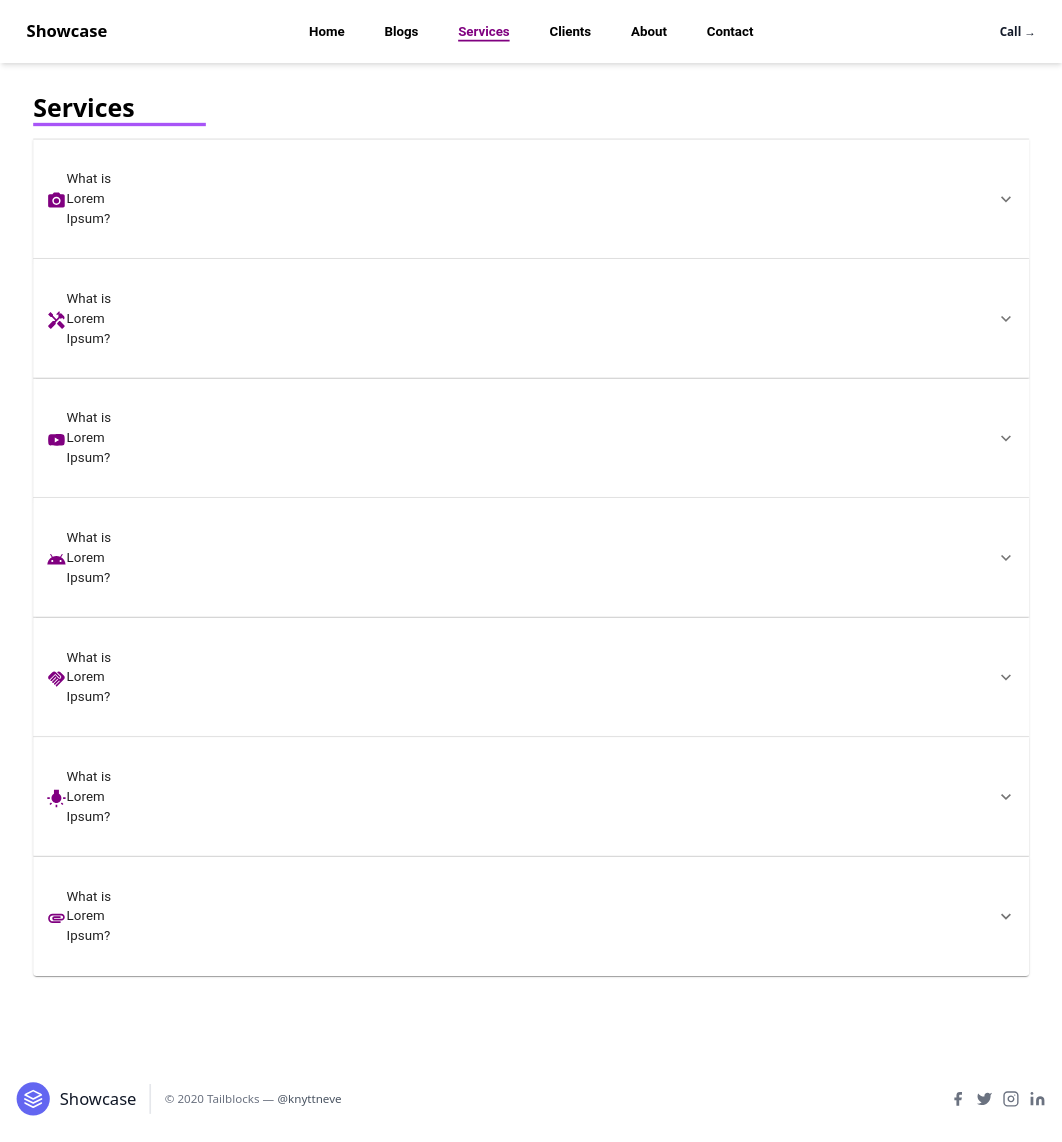
Repository: prashant523580/showcase
Page: /services
These files come from the project's save history. The page is drawn as it stood at one moment and after the next save; the edit follows.
The browser window is 1280 px wide. The pictures show the whole page, at 83% of full size.
The project was rebuilt for these pictures with package versions that can differ from the ones it lists, and the page was loaded fresh each time. The framework's server and built-in components were replaced by stand-ins that run in the browser. Also part of the build but not shown: next.config.js.

Above is the page before, as saved 2023-03-25 18:35:54.

### src/pages/_app.tsx
import Footer from '@/components/Footer'
import Navbar from '@/components/Navbar'
import React from "react";
import '@/styles/globals.css'
import type { AppProps } from 'next/app'
import AOS from "aos";
import "aos/dist/aos.css"
export default function App({ Component, pageProps }: AppProps) {
  React.useEffect(()=>{
      AOS.init()
  },[])
  return(
<>
    <Navbar/>
    <Component {...pageProps} />
    <Footer/>
</>
    )
}

### src/pages/services.tsx
import * as React from 'react';
import Accordion from '@mui/material/Accordion';
import AccordionDetails from '@mui/material/AccordionDetails';
import AccordionSummary from '@mui/material/AccordionSummary';
import Typography from '@mui/material/Typography';
import ExpandMoreIcon from '@mui/icons-material/ExpandMore';
import CameraAltIcon from '@mui/icons-material/CameraAlt';
import YouTubeIcon from '@mui/icons-material/YouTube';
import HandymanIcon from '@mui/icons-material/Handyman';
import AndroidIcon from '@mui/icons-material/Android';
import WbIncandescentIcon from '@mui/icons-material/WbIncandescent';
import HandshakeIcon from '@mui/icons-material/Handshake';
import AttachmentIcon from '@mui/icons-material/Attachment';
import htmlParser from "react-html-parser"
const services = [
    {
        id: "1",
        label: "What is Lorem Ipsum?",
        icon: <CameraAltIcon />,
        description: "Lorem Ipsum is simply dummy text of the printing and typesetting industry. Lorem Ipsum has been the industry&apos;s standard dummy text ever since the 1500s, when an unknown printer took a galley of type and scrambled it to make a type specimen book. It has survived not only five centuries, but also the leap into electronic typesetting, remaining essentially unchanged. It was popularised in the 1960s with the release of Letraset sheets containing Lorem Ipsum passages, and more recently with desktop publishing software like Aldus PageMaker including versions of Lorem Ipsum."
    },
    {
        id: "2",
        label: "What is Lorem Ipsum?",
        icon: <HandymanIcon />,
        description: "Lorem Ipsum is simply dummy text of the printing and typesetting industry. Lorem Ipsum has been the industry&apos;s standard dummy text ever since the 1500s, when an unknown printer took a galley of type and scrambled it to make a type specimen book. It has survived not only five centuries, but also the leap into electronic typesetting, remaining essentially unchanged. It was popularised in the 1960s with the release of Letraset sheets containing Lorem Ipsum passages, and more recently with desktop publishing software like Aldus PageMaker including versions of Lorem Ipsum."
    },
    {
        id: "3",
        label: "What is Lorem Ipsum?",
        icon: <YouTubeIcon />,
        description: "Lorem Ipsum is simply dummy text of the printing and typesetting industry. Lorem Ipsum has been the industry&apos;s standard dummy text ever since the 1500s, when an unknown printer took a galley of type and scrambled it to make a type specimen book. It has survived not only five centuries, but also the leap into electronic typesetting, remaining essentially unchanged. It was popularised in the 1960s with the release of Letraset sheets containing Lorem Ipsum passages, and more recently with desktop publishing software like Aldus PageMaker including versions of Lorem Ipsum."
    },
    {
        id: "4",
        label: "What is Lorem Ipsum?",
        icon: <AndroidIcon />,
        description: "Lorem Ipsum is simply dummy text of the printing and typesetting industry. Lorem Ipsum has been the industry&apos;s standard dummy text ever since the 1500s, when an unknown printer took a galley of type and scrambled it to make a type specimen book. It has survived not only five centuries, but also the leap into electronic typesetting, remaining essentially unchanged. It was popularised in the 1960s with the release of Letraset sheets containing Lorem Ipsum passages, and more recently with desktop publishing software like Aldus PageMaker including versions of Lorem Ipsum."
    },
    {
        id: "5",
        label: "What is Lorem Ipsum?",
        icon: <HandshakeIcon />,
        description: "Lorem Ipsum is simply dummy text of the printing and typesetting industry. Lorem Ipsum has been the industry&apos;s standard dummy text ever since the 1500s, when an unknown printer took a galley of type and scrambled it to make a type specimen book. It has survived not only five centuries, but also the leap into electronic typesetting, remaining essentially unchanged. It was popularised in the 1960s with the release of Letraset sheets containing Lorem Ipsum passages, and more recently with desktop publishing software like Aldus PageMaker including versions of Lorem Ipsum."
    },
    {
        id: "6",
        label: "What is Lorem Ipsum?",
        icon: <WbIncandescentIcon />,
        description: "Lorem Ipsum is simply dummy text of the printing and typesetting industry. Lorem Ipsum has been the industry&apos;s standard dummy text ever since the 1500s, when an unknown printer took a galley of type and scrambled it to make a type specimen book. It has survived not only five centuries, but also the leap into electronic typesetting, remaining essentially unchanged. It was popularised in the 1960s with the release of Letraset sheets containing Lorem Ipsum passages, and more recently with desktop publishing software like Aldus PageMaker including versions of Lorem Ipsum."
    },
    {
        id: "7",
        label: "What is Lorem Ipsum?",
        icon: <AttachmentIcon />,
        description: "Lorem Ipsum is simply dummy text of the printing and typesetting industry. Lorem Ipsum has been the industry&apos;s standard dummy text ever since the 1500s, when an unknown printer took a galley of type and scrambled it to make a type specimen book. It has survived not only five centuries, but also the leap into electronic typesetting, remaining essentially unchanged. It was popularised in the 1960s with the release of Letraset sheets containing Lorem Ipsum passages, and more recently with desktop publishing software like Aldus PageMaker including versions of Lorem Ipsum."
    },
]
export default function Sercices() {
    const [expanded, setExpanded] = React.useState<string | false>(false);

    const handleChange =
        (panel: string) => (event: React.SyntheticEvent, isExpanded: boolean) => {
            setExpanded(isExpanded ? panel : false);
        };

    return (
        <div className='py-24 px-10'>
            <div className="py-4">

                <h1 className='font-bold text-3xl'>Services</h1>
                <div className='w-52 h-1 bg-purple-500'></div>
            </div>
            {
                services.map((service, ind) => {
                    return (

                        <Accordion expanded={expanded === `panel${ind}`} onChange={handleChange(`panel${ind}`)}>
                            <AccordionSummary
                                expandIcon={<ExpandMoreIcon />}
                                aria-controls="panel1bh-content"
                                id="panel1bh-header"
                                sx={{
                                    py: 3,
                                    display: "flex",
                                    alignItems:"center",
                                    justifyContent:"center"
                                }}
                            >
                                <div className='flex items-center'>

                                <Typography sx={{  color: 'purple', fontSize: 40 }}>
                                    {service.icon}
                                </Typography>
                                <Typography sx={{width: '50%', flexShrink: 0 }}>{service.label}</Typography>
                                </div>
                            </AccordionSummary>
                            <AccordionDetails>
                                <Typography>
                                    {htmlParser(service.description)}
                                </Typography>
                            </AccordionDetails>
                        </Accordion>
                    )
                })
            }

        </div>
    );
}

### src/components/Footer.tsx
import React from 'react'

export default function Footer() {
  return (
    <footer className="text-gray-600 body-font">
  <div className="container px-5 py-8 mx-auto flex items-center sm:flex-row flex-col">
    <a className="flex title-font font-medium items-center md:justify-start justify-center text-gray-900">
      <svg xmlns="http://www.w3.org/2000/svg" fill="none" stroke="currentColor" stroke-linecap="round" stroke-linejoin="round" stroke-width="2" className="w-10 h-10 text-white p-2 bg-indigo-500 rounded-full" viewBox="0 0 24 24">
        <path d="M12 2L2 7l10 5 10-5-10-5zM2 17l10 5 10-5M2 12l10 5 10-5"></path>
      </svg>
      <span className="ml-3 text-xl">Showcase</span>
    </a>
    <p className="text-sm text-gray-500 sm:ml-4 sm:pl-4 sm:border-l-2 sm:border-gray-200 sm:py-2 sm:mt-0 mt-4">© 2020 Tailblocks —
      <a href="https://twitter.com/knyttneve" className="text-gray-600 ml-1" rel="noopener noreferrer" target="_blank">@knyttneve</a>
    </p>
    <span className="inline-flex sm:ml-auto sm:mt-0 mt-4 justify-center sm:justify-start">
      <a className="text-gray-500">
        <svg fill="currentColor" stroke-linecap="round" stroke-linejoin="round" stroke-width="2" className="w-5 h-5" viewBox="0 0 24 24">
          <path d="M18 2h-3a5 5 0 00-5 5v3H7v4h3v8h4v-8h3l1-4h-4V7a1 1 0 011-1h3z"></path>
        </svg>
      </a>
      <a className="ml-3 text-gray-500">
        <svg fill="currentColor" stroke-linecap="round" stroke-linejoin="round" stroke-width="2" className="w-5 h-5" viewBox="0 0 24 24">
          <path d="M23 3a10.9 10.9 0 01-3.14 1.53 4.48 4.48 0 00-7.86 3v1A10.66 10.66 0 013 4s-4 9 5 13a11.64 11.64 0 01-7 2c9 5 20 0 20-11.5a4.5 4.5 0 00-.08-.83A7.72 7.72 0 0023 3z"></path>
        </svg>
      </a>
      <a className="ml-3 text-gray-500">
        <svg fill="none" stroke="currentColor" stroke-linecap="round" stroke-linejoin="round" stroke-width="2" className="w-5 h-5" viewBox="0 0 24 24">
          <rect width="20" height="20" x="2" y="2" rx="5" ry="5"></rect>
          <path d="M16 11.37A4 4 0 1112.63 8 4 4 0 0116 11.37zm1.5-4.87h.01"></path>
        </svg>
      </a>
      <a className="ml-3 text-gray-500">
        <svg fill="currentColor" stroke="currentColor" stroke-linecap="round" stroke-linejoin="round" stroke-width="0" className="w-5 h-5" viewBox="0 0 24 24">
          <path stroke="none" d="M16 8a6 6 0 016 6v7h-4v-7a2 2 0 00-2-2 2 2 0 00-2 2v7h-4v-7a6 6 0 016-6zM2 9h4v12H2z"></path>
          <circle cx="4" cy="4" r="2" stroke="none"></circle>
        </svg>
      </a>
    </span>
  </div>
</footer>
  )
}

### src/components/Navbar.tsx
// import React from 'react'

// export default function Navbar() {
//   return (
//     <header className="text-gray-600 body-font">
//   <div className="container mx-auto flex flex-wrap p-5 flex-col md:flex-row items-center">
//     <nav className="flex lg:w-2/5 flex-wrap items-center text-base md:ml-auto">
//       <a className="mr-5 hover:text-gray-900">First Link</a>
//       <a className="mr-5 hover:text-gray-900">Second Link</a>
//       <a className="mr-5 hover:text-gray-900">Third Link</a>
//       <a className="hover:text-gray-900">Fourth Link</a>
//     </nav>
//     <a className="flex order-first lg:order-none lg:w-1/5 title-font font-medium items-center text-gray-900 lg:items-center lg:justify-center mb-4 md:mb-0">
//       <svg xmlns="http://www.w3.org/2000/svg" fill="none" stroke="currentColor" stroke-linecap="round" stroke-linejoin="round" stroke-width="2" className="w-10 h-10 text-white p-2 bg-indigo-500 rounded-full" viewBox="0 0 24 24">
//         <path d="M12 2L2 7l10 5 10-5-10-5zM2 17l10 5 10-5M2 12l10 5 10-5"></path>
//       </svg>
//       <span className="ml-3 text-xl">Tailblocks</span>
//     </a>
//     <div className="lg:w-2/5 inline-flex lg:justify-end ml-5 lg:ml-0">
//       <button className="inline-flex items-center bg-gray-100 border-0 py-1 px-3 focus:outline-none hover:bg-gray-200 rounded text-base mt-4 md:mt-0">Button
//         <svg fill="none" stroke="currentColor" stroke-linecap="round" stroke-linejoin="round" stroke-width="2" className="w-4 h-4 ml-1" viewBox="0 0 24 24">
//           <path d="M5 12h14M12 5l7 7-7 7"></path>
//         </svg>
//       </button>
//     </div>
//   </div>
// </header>
//   )
// }
import React, { useState } from 'react'
import {useRouter} from "next/router"
import { Dialog } from '@headlessui/react'
import { Bars3Icon, XMarkIcon } from '@heroicons/react/24/outline'
import Link from 'next/link'

const navigation = [
  { name: 'Home', href: '/' },
  { name: 'Blogs', href: '/blogs' },
  { name: 'Services', href: '/services' },
  { name: 'Clients', href: '/clients' },
  { name: 'About', href: '/about' },
  { name: 'Contact', href: '/contact' },
]
function ActiveLink({ children, href } : any) {
  const router = useRouter();
  const style = {
      // padding: 10,
    // marginRight: 10,
    fontWeight:"bold",
    color: router.asPath === href ? 'purple' : 'black',
    boxShadow:  router.asPath === href ? "inset 0 -2px 0 0 purple" : "none",
    fontFamily: "'Roboto', sans-serif",
  }

  const handleClick = (e : any) => {
    e.preventDefault()
    router.push(href)
  }

  return (
    <a href={href} onClick={handleClick} style={style}>
      {children}
    </a>
  )
}
export default function Example() {
  const [mobileMenuOpen, setMobileMenuOpen] = useState(false)

  return (
    <div className="bg-white">
      <header className="absolute shadow-md bg-white inset-x-0 top-0 z-50">
        <nav className="flex items-center justify-between p-6 lg:px-8" aria-label="Global">
          <div className="flex lg:flex-1">
            <Link href="/" className="-m-1.5 p-1.5">
              <span className="sr-only">Showcase</span>
              {/* <img
                className="h-8 w-auto"
                src="https://tailwindui.com/img/logos/mark.svg?color=indigo&shade=600"
                alt=""
              /> */}
              <h1 className='font-bold text-xl'>Showcase</h1>
            </Link>
          </div>
          <div className="flex lg:hidden">
            <button
              type="button"
              className="-m-2.5 inline-flex items-center justify-center rounded-md p-2.5 text-gray-700"
              onClick={() => setMobileMenuOpen(true)}
            >
              <span className="sr-only">Open main menu</span>
              <Bars3Icon className="h-6 w-6" aria-hidden="true" />
            </button>
          </div>
          <div className="hidden lg:flex lg:gap-x-12">
            {navigation.map((item) => (
              <ActiveLink key={item.name} href={item.href}>
                {item.name}
              </ActiveLink>
            ))}
          </div>
          <div className="hidden lg:flex lg:flex-1 lg:justify-end">
            <Link href="tel:+9779816514719" className="text-sm font-semibold leading-6 text-gray-900">
              Call <span aria-hidden="true">&rarr;</span>
            </Link>
          </div>
        </nav>
        <Dialog as="div" className="lg:hidden transition-all" open={mobileMenuOpen} onClose={setMobileMenuOpen}>
          <div className="fixed inset-0 z-50  transition-all" />
          <Dialog.Panel className="fixed transition-all inset-y-0 right-0 z-50 w-full overflow-y-auto bg-white px-6 py-6 sm:max-w-sm sm:ring-1 sm:ring-gray-900/10">
            <div className="flex items-center justify-between">
              <Link href="#" className="-m-1.5 p-1.5">
                <span className="sr-only">Showcase</span>
                <img
                  className="h-8 w-auto"
                  src="https://tailwindui.com/img/logos/mark.svg?color=indigo&shade=600"
                  alt=""
                />
              </Link>
              <button
                type="button"
                className="-m-2.5 rounded-md p-2.5 text-gray-700"
                onClick={() => setMobileMenuOpen(false)}
              >
                <span className="sr-only">Close menu</span>
                <XMarkIcon className="h-6 w-6" aria-hidden="true" />
              </button>
            </div>
            <div className="mt-6 flow-root">
              <div className="-my-6 divide-y divide-gray-500/10">
                <div className="space-y-2 py-6">
                  {navigation.map((item) => (
                    <Link
                      key={item.name}
                      href={item.href}
                      className="-mx-3 block rounded-lg py-2 px-3 text-base font-semibold leading-7 text-gray-900 hover:bg-gray-50"
                    >
                      {item.name}
                    </Link>
                  ))}
                </div>
                <div className="py-6">
                  <Link
                    href="#"
                    className="-mx-3 block rounded-lg py-2.5 px-3 text-base font-semibold leading-7 text-gray-900 hover:bg-gray-50"
                  >
                    Log in
                  </Link>
                </div>
              </div>
            </div>
          </Dialog.Panel>
        </Dialog>
      </header>


    </div>
  )
}

### src/styles/globals.css
@tailwind base;
@tailwind components;
@tailwind utilities;
@import url('https://fonts.googleapis.com/css2?family=Aclonica&family=Caveat&family=DM+Serif+Text&family=Oswald&family=Roboto&family=Vollkorn&display=swap');

:root {
  --max-width: 1100px;
  --border-radius: 12px;
  --font-mono: ui-monospace, Menlo, Monaco, 'Cascadia Mono', 'Segoe UI Mono',
    'Roboto Mono', 'Oxygen Mono', 'Ubuntu Monospace', 'Source Code Pro',
    'Fira Mono', 'Droid Sans Mono', 'Courier New', monospace;

  --foreground-rgb: 0, 0, 0;
  --background-start-rgb: 214, 219, 220;
  --background-end-rgb: 255, 255, 255;

  --primary-glow: conic-gradient(
    from 180deg at 50% 50%,
    #16abff33 0deg,
    #0885ff33 55deg,
    #54d6ff33 120deg,
    #0071ff33 160deg,
    transparent 360deg
  );
  --secondary-glow: radial-gradient(
    rgba(255, 255, 255, 1),
    rgba(255, 255, 255, 0)
  );

  --tile-start-rgb: 239, 245, 249;
  --tile-end-rgb: 228, 232, 233;
  --tile-border: conic-gradient(
    #00000080,
    #00000040,
    #00000030,
    #00000020,
    #00000010,
    #00000010,
    #00000080
  );

  --callout-rgb: 238, 240, 241;
  --callout-border-rgb: 172, 175, 176;
  --card-rgb: 180, 185, 188;
  --card-border-rgb: 131, 134, 135;
}

@media (prefers-color-scheme: dark) {
  :root {
    --foreground-rgb: 255, 255, 255;
    --background-start-rgb: 0, 0, 0;
    --background-end-rgb: 0, 0, 0;

    --primary-glow: radial-gradient(rgba(1, 65, 255, 0.4), rgba(1, 65, 255, 0));
    --secondary-glow: linear-gradient(
      to bottom right,
      rgba(1, 65, 255, 0),
      rgba(1, 65, 255, 0),
      rgba(1, 65, 255, 0.3)
    );

    --tile-start-rgb: 2, 13, 46;
    --tile-end-rgb: 2, 5, 19;
    --tile-border: conic-gradient(
      #ffffff80,
      #ffffff40,
      #ffffff30,
      #ffffff20,
      #ffffff10,
      #ffffff10,
      #ffffff80
    );

    --callout-rgb: 20, 20, 20;
    --callout-border-rgb: 108, 108, 108;
    --card-rgb: 100, 100, 100;
    --card-border-rgb: 200, 200, 200;
  }
}

* {
  box-sizing: border-box;
  padding: 0;
  margin: 0;
}

html,
body {
  max-width: 100vw;
  overflow-x: hidden;

}

body {
  /* color: rgb(var(--foreground-rgb)); */
  /* background: linear-gradient(
      to bottom,
      transparent,
      rgb(var(--background-end-rgb))
    )
    rgb(var(--background-start-rgb)); */
      /*
    font-family: 'Vollkorn', serif;
    font-family: 'Oswald', sans-serif;
    font-family: 'Aclonica', sans-serif;
    font-family: 'Caveat', cursive;
    font-family: 'DM Serif Text', serif;
    font-family: 'Roboto', sans-serif;
    */
}

a {
  color: inherit;
  text-decoration: none;
}

/* @media (prefers-color-scheme: dark) {
  html {
    color-scheme: dark;
  }
} */

Loaded but not shown: src/pages/_document.tsx (common file); tailwind.config.js (common file)

After the next save:
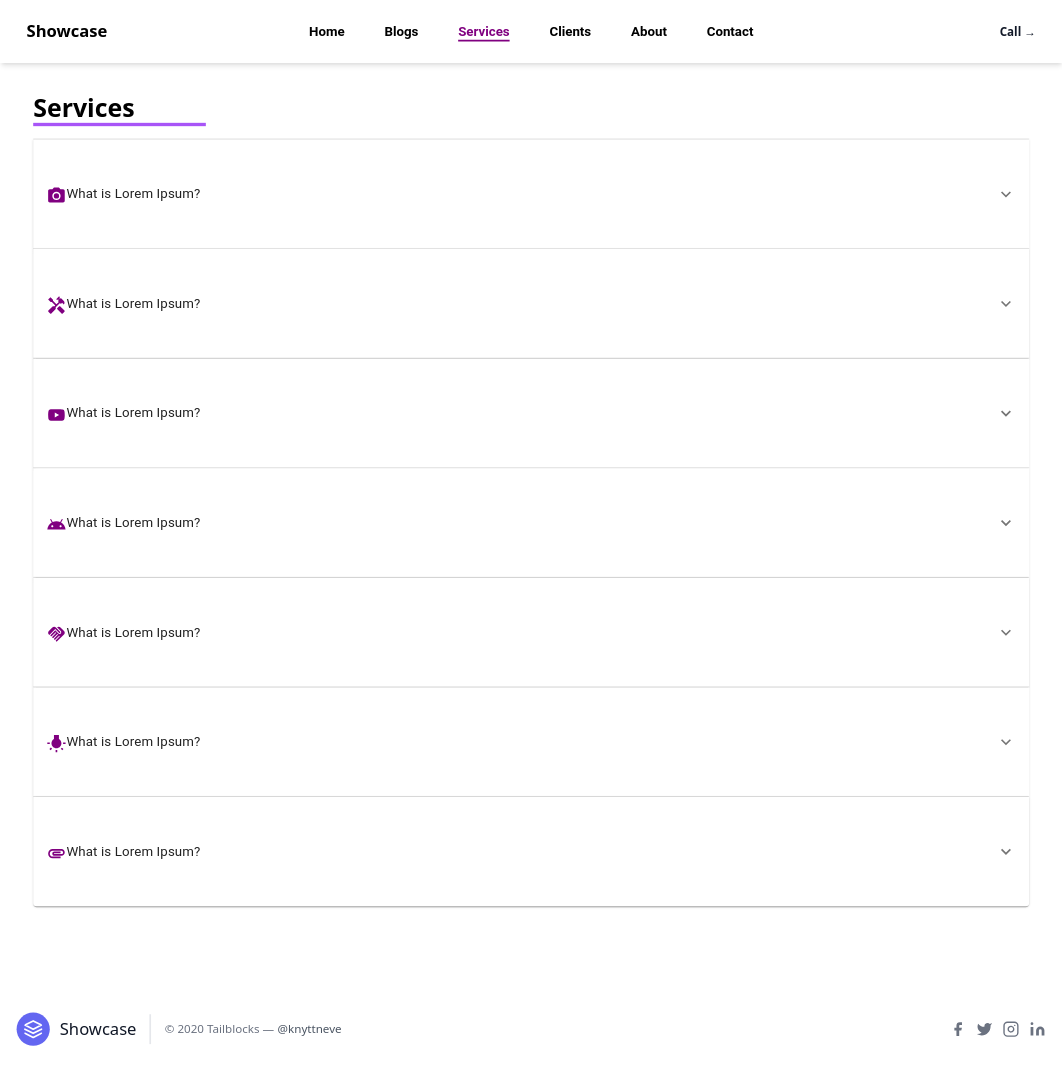
Saved 17 s later.
--- a/src/pages/services.tsx
+++ b/src/pages/services.tsx
@@ -92,7 +92,7 @@ export default function Sercices() {
                                 <Typography sx={{  color: 'purple', fontSize: 40 }}>
                                     {service.icon}
                                 </Typography>
-                                <Typography sx={{width: '50%', flexShrink: 0 }}>{service.label}</Typography>
+                                <Typography sx={{ flexShrink: 0 }}>{service.label}</Typography>
                                 </div>
                             </AccordionSummary>
                             <AccordionDetails>
